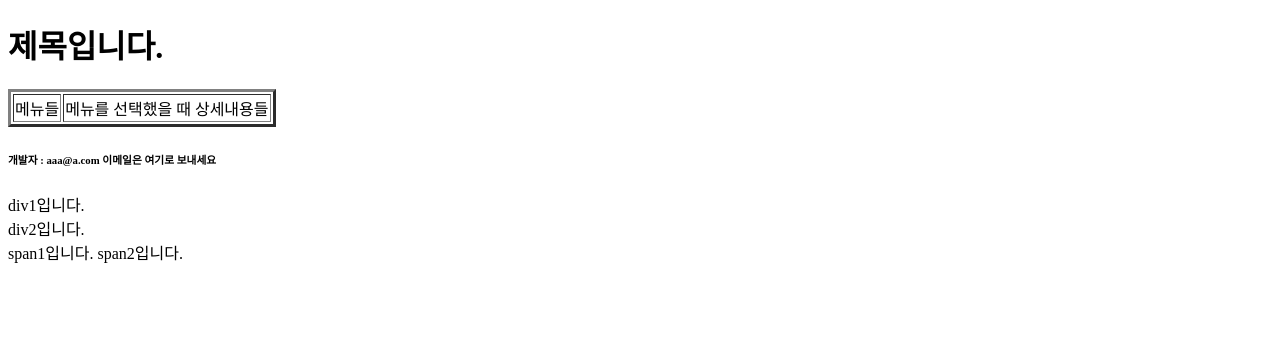
Repository: Pang-Ho/TIL
Page: JavaScript/workspace_web/htmltest/WebContent/div_span.html
The author's editor kept a copy of each file at every save. The page is drawn from the files as they stood at one save, then again after a run of saves.
The browser window is 1280 px wide. The pictures show the whole page.

Above is the page before, as saved 2021-08-20 02:44:31.

After the next 2 saves:
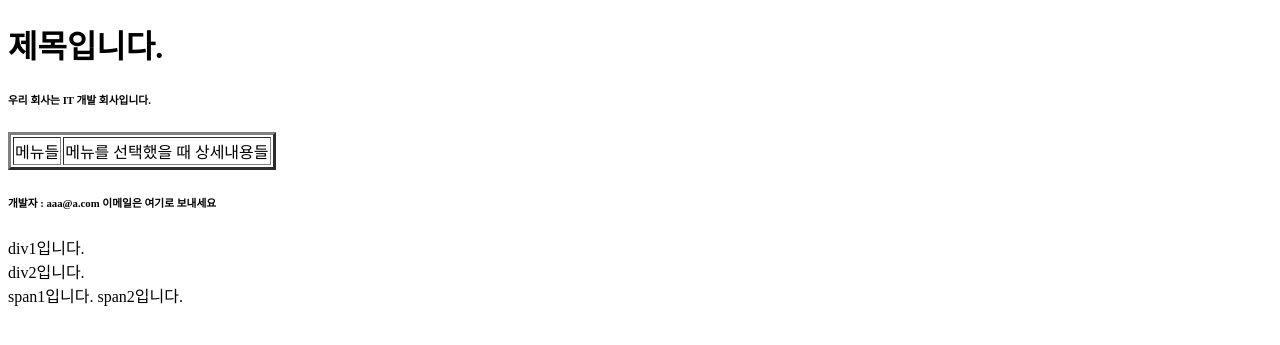
The 2 saves are shown as one change because they came seconds apart.
The last was saved 76 s later.
--- a/JavaScript/workspace_web/htmltest/WebContent/div_span.html
+++ b/JavaScript/workspace_web/htmltest/WebContent/div_span.html
@@ -5,8 +5,9 @@
 <title>Insert title here</title>
 </head>
 <body>
-	<div>
+	<div id="pink">
 	<h1>제목입니다.</h1>
+	<h6>우리 회사는 IT 개발 회사입니다.</h6>
 	</div>
 	<table border=3>
 		<tr><td>메뉴들</td><td>메뉴를 선택했을 때 상세내용들</td></tr>
